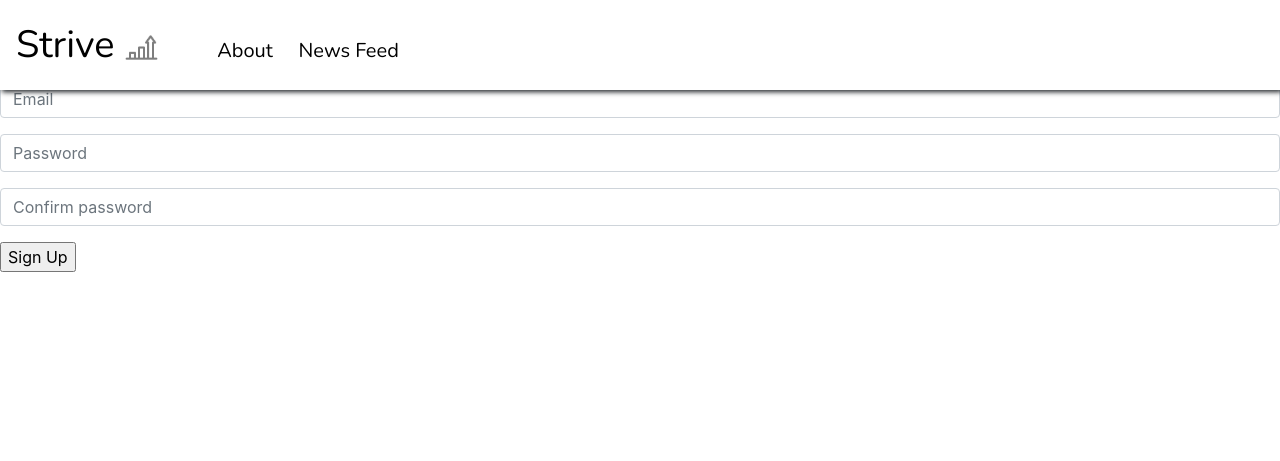
Repository: NoraOK/Strive
Page: http://localhost/strive/WEB-INF/strive/register.jsp
These files come from the project's save history. The page is drawn as it stood at one moment and after the next save; the edit follows.
The browser window is 1280 px wide. The pictures show the whole page.
The page is served by Tomcat 9. Nobody is signed in. The template is opened directly, without the code that normally fills it, so the values that code supplies are empty.

Above is the page before, as saved 2019-12-18 18:54:34.

After the next save:
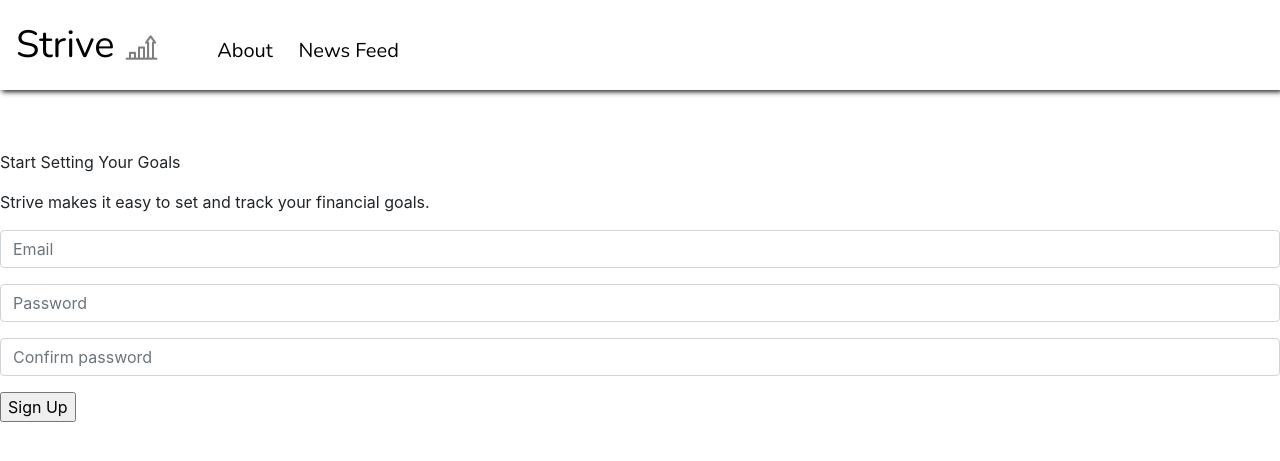
Saved 6 min 33 s later.
--- a/strive/src/main/webapp/WEB-INF/strive/register.jsp
+++ b/strive/src/main/webapp/WEB-INF/strive/register.jsp
@@ -6,6 +6,9 @@
 <head>
 <meta charset="UTF-8">
 <title>Strive | Sign Up</title>
+	<link rel="stylesheet" href="https://stackpath.bootstrapcdn.com/bootstrap/4.3.1/css/bootstrap.min.css" integrity="sha384-ggOyR0iXCbMQv3Xipma34MD+dH/1fQ784/j6cY/iJTQUOhcWr7x9JvoRxT2MZw1T" crossorigin="anonymous">
+	<link href="/css/register.css" rel="stylesheet" type="text/css"/>
+	<link href="https://fonts.googleapis.com/css?family=Nunito&display=swap" rel="stylesheet">
 </head>
 <body>
 	<div>
